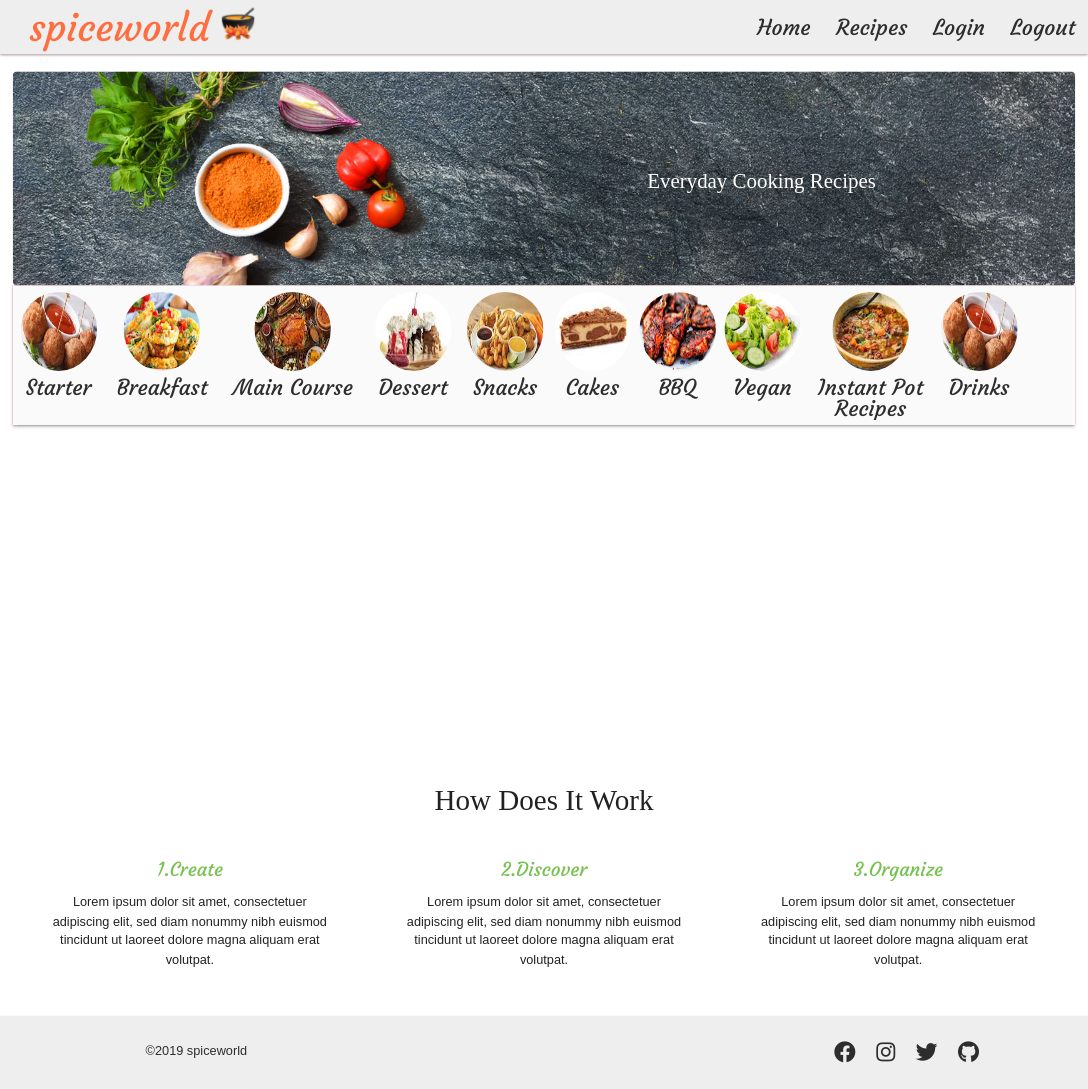
Repository: stephyraju/spiceworld
Page: http://localhost/
The author's editor kept a record of every edit. The page is drawn from the files as they stood at one moment, then again after the next edit.
The browser window is 1280 px wide. The pictures show the whole page, at 85% of full size.
Some web libraries are served in a nearby version. The page is served by the project's application, run on Flask 3 (app.py). Queries for data that is not in the repository find no rows.

Above is the page before.
Console error: TypeError: Cannot read properties of undefined (reading 'clientWidth')

### templates/index.html
{% extends 'base.html'%} {% block content %}
<!-- Title image -->
<section class="title-container section-container">
 <img src="{{ url_for('static', filename='images/titleimg.jpg') }}" alt="title image">
 <div class="intro-content">
  <h5>Everyday Cooking Recipes</h5>
 </div>
</section>

<!-- Subnav-Category -->
<section class="catergory-container section-container">
<nav>
    <div class="nav-wrapper grey lighten-5 subnav-filters">
      <ul class="menu-list center hide-on-med-and-down">
        <li>
        <img class="subnav-img" src="{{ url_for('static', filename='images/starter.jpeg') }}" alt="Starter">
        <a href="{{ url_for('get_starter') }}">Starter</a>
        </li>
        <li>
        <img class="subnav-img" src="{{ url_for('static', filename='images/bf.jpeg') }}" alt="Breakfast">
        <a href="{{ url_for('get_breakfast') }}">Breakfast</a>
        </li>
        <li>
        <img class="subnav-img" src="{{ url_for('static', filename='images/main.jpeg') }}" alt="Main Course">
        <a href="{{ url_for('get_main') }}">Main Course</a>
        </li>
        <li>
        <img class="subnav-img" src="{{ url_for('static', filename='images/dessert.jpeg') }}" alt="Dessert">
        <a href="{{ url_for('get_dessert') }}">Dessert</a>
        </li>
        <li>
        <img class="subnav-img" src="{{ url_for('static', filename='images/snacks.jpeg') }}" alt="Snacks">
        <a href="{{ url_for('get_snacks') }}">Snacks</a>
        </li>
        <li>
        <img class="subnav-img" src="{{ url_for('static', filename='images/cakes.jpeg') }}" alt="Cakes">
        <a href="{{ url_for('get_cakes') }}">Cakes</a>
        </li>
        <li>
        <img class="subnav-img" src="{{ url_for('static', filename='images/bbq.jpeg') }}" alt="BBQ">
        <a href="{{ url_for('get_bbq') }}">BBQ</a>
        </li>
        <li>
        <img class="subnav-img" src="{{ url_for('static', filename='images/vegan.jpeg') }}" alt="VeganRecipes">
        <a href="{{ url_for('get_vegan') }}">Vegan</a>
        </li>
        <li>
        <img class="subnav-img" src="{{ url_for('static', filename='images/instant.jpeg') }}" alt="Instant Pot Recipes">
        <a href="{{ url_for('get_instant') }}">Instant Pot<br> Recipes</a>
        </li>
        <li>
        <img class="subnav-img" src="{{ url_for('static', filename='images/starter.jpeg') }}" alt="Drinks">
        <a href="{{ url_for('get_drinks') }}">Drinks</a>
        </li>
      </ul>
    </div>
  </nav>



<!--

   <nav>
    <div class="nav-wrapper transparent subnav-filters">
      <ul class="center hide-on-med-and-down">
        <li>
        <img class="subnav-img" src="{{ url_for('static', filename='images/starter.jpeg') }}" alt="Starter">
        <a href="{{ url_for('get_starter') }}">Starter</a>
        </li>
        <li><a href="badges.html">Components</a></li>
        <li><a href="collapsible.html">JavaScript</a></li>
      </ul>
    </div>
  </nav>
  -->
</section>
<!-- Carosal-Display -->
<section  class="carosal-display">
        <div class="col s12">
            <div class="carousel">
                {% for recipe in recipes%}
                <div class="carousel-item">
                    <div class="row">
                        <div class="col s12">
                            <a href="{{url_for('view_recipe', recipe_id=recipe._id)}}">
                                {% if recipe.image_url %}
                                <img class="responsive-img"
                                    src="{{recipe.image_url}}">
                                {% else %}
                                <img class="img-carousel" src="{{url_for('static', filename='img/default.jpg')}}">
                                {% endif %}
                            </a>
                        </div>
                    </div>
                    <div class="row recipe-name">
                        <div class="col s12 center-align">
                            <h5 class="teal-text"> {{recipe.recipe_name}} </h5>
                        </div>
                    </div>

                </div>
                {% endfor %}
            </div>
        </div>

    </section>

<!-- Description -->
<section class="section-container div-description">
 <div class="row cells center">
  <div class="col s12">
   <h4> How Does It Work </h3>
  </div>
  <div class="col s12 m4 content">
   <h5>1.Create</h5>
   <p>Lorem ipsum dolor sit amet, consectetuer adipiscing elit, sed diam nonummy nibh euismod tincidunt ut laoreet dolore magna aliquam erat volutpat. </p>
  </div>
  <div class="col s12 m4 content">
   <h5>2.Discover</h5>
   <p>Lorem ipsum dolor sit amet, consectetuer adipiscing elit, sed diam nonummy nibh euismod tincidunt ut laoreet dolore magna aliquam erat volutpat. </p>
  </div>
  <div class="col s12 m4 content">
   <h5>3.Organize</h5>
   <p>Lorem ipsum dolor sit amet, consectetuer adipiscing elit, sed diam nonummy nibh euismod tincidunt ut laoreet dolore magna aliquam erat volutpat. </p>
  </div>
 </div>
</section>

{% endblock %}

### templates/base.html
<!DOCTYPE html>
<html lang="en">

<head>
  <meta charset="UTF-8">
  <meta name="viewport" content="width=device-width, initial-scale=1.0">
  <meta http-equiv="X-UA-Compatible" content="ie=edge">
  <title>spiceworld</title>

  <!--Import Google Icon Font-->
  <link href="https://fonts.googleapis.com/icon?family=Material+Icons" rel="stylesheet">
  <!--Font Awesome-->
  <link rel="stylesheet" href="https://use.fontawesome.com/releases/v5.8.2/css/all.css" integrity="sha384-oS3vJWv+0UjzBfQzYUhtDYW+Pj2yciDJxpsK1OYPAYjqT085Qq/1cq5FLXAZQ7Ay" crossorigin="anonymous">
  <!--Materialize CSS-->
  <link rel="stylesheet" href="https://cdnjs.cloudflare.com/ajax/libs/materialize/1.0.0/css/materialize.min.css">
  <!--CSS-->
  <link rel="stylesheet" href="{{ url_for('static', filename='css/style.css')}}" type="text/css" />

</head>

<body>

  <!--Header-->
  <header class="navbar-fixed">
    <nav>
      <div class="nav-wrapper grey lighten-3">
        <a href="#" class="brand-logo">spiceworld <img class="hide-on-med-and-down" src="{{ url_for('static', filename='images/logo.png') }}"></a>
        <a href="#" data-target="mobile-sidenav" class="sidenav-trigger"><i class="fas fa-bars"></i></a>
        <ul id="nav-mobile" class="right hide-on-med-and-down">
          <li><a href="{{ url_for('index') }}">Home</a></li>
          <li><a href="{{ url_for('get_recipes') }}">Recipes</a></li>
          {% if 'username' in session %}
          <li><a href="{{ url_for('add_recipe') }}">Add Recipes</a></li>
          {% endif %}
          <li><a href="{{url_for('login')}}">Login</a></li>
          <li><a href="{{url_for('logout')}}">Logout</a></li>
        </ul>
      </div>
    </nav>
  </header>
  <!--Sidenav-->
  <ul class="sidenav" id="mobile-sidenav">
    <img class="responsive-img" src="{{ url_for('static', filename='images/sidenav.png') }}" alt="spices-image">

    <li><a class="active" href="{{ url_for('index') }}">Home</a></li>
    <li><a href="{{ url_for('get_recipes') }}">Recipes</a></li>
          <li><a href="{{ url_for('add_recipe') }}">Add Recipes</a></li>
          <li><a href="{{url_for('login')}}">Login</a></li>
    <li><a class="waves-effect" href="#!">Third Link With Waves</a></li>
  </ul>

  <main>
    {% block content %}
    {% endblock %}
  </main>

  <footer class="page-footer grey lighten-3">

     <div class="row footer-content">
        <div class="col s5 m6">
          <div class="copyright">&copy;2019 spiceworld</div>
        </div>
        <div class="col s7 m3">
                    <a href="https://www.facebook.com/" target="_blank"><i class="fab fa-facebook social-icon"></i></a>
                    <a href="https://www.instagram.com/" target="_blank"><i class="fab fa-instagram social-icon"></i></a>
                    <a href="https://www.twitter.com/" target="_blank"><i class="fab fa-twitter social-icon"></i></a>
                    <a href="https://github.com/stephyraju" target="_blank"><i class="fab fa-github social-icon"></i></a>
        </div>

      </div>

  </footer>

  <script src="https://code.jquery.com/jquery-3.4.0.slim.js" integrity="sha256-milezx5lakrZu0OP9b2QWFy1ft/UEUK6NH1Jqz8hUhQ=" crossorigin="anonymous"></script>
  <script src="https://cdnjs.cloudflare.com/ajax/libs/materialize/1.0.0/js/materialize.min.js"></script>
  <script src="{{ url_for('static', filename='js/main.js') }}"></script>
</body>

</html>

### app.py
import os
from flask import Flask, render_template, redirect, request, url_for, session, flash
from flask_pymongo import PyMongo
from bson.objectid import ObjectId
import bcrypt
import logging


# declaring app name
app = Flask(__name__)

app.config['SECRET_KEY'] = os.getenv('SECRET')
app.config["MONGO_DBNAME"] = 'cook_book'
app.config["MONGO_URI"] = os.getenv('MONGO_URI', 'mongodb://localhost')

# Logging Config
logging.basicConfig(level=logging.INFO)


mongo = PyMongo(app)

@app.route('/')
@app.route('/index')
def index():

    return render_template("index.html", recipes=mongo.db.recipes.find())

#@app.route('/get_recipes',methods=['POST','GET'])
#def get_recipes():
 #   return render_template("recipes.html", recipes=mongo.db.recipes.find())


# -------CREATE---------#

@app.route('/add_recipe')
def add_recipe():
     return render_template("addrecipe.html",
               recipes=mongo.db.recipes.find(),
               categories = mongo.db.categories.find(),
               cuisines=mongo.db.cuisines.find(),
               difficulty=mongo.db.difficulty.find(),
               allergens=mongo.db.allergens.find())


@app.route('/insert_recipe', methods=['POST'])
def insert_recipe():
    print(request.form)
    print(request.form.getlist('ingredients[]'))
    print(request.form.getlist('preparation[]'))
    print(request.form.to_dict())
    recipes = mongo.db.recipes
    data = request.form.to_dict()
    data.update({'ingredients':request.form.getlist('ingredients[]')})
    data.update({'preparation':request.form.getlist('preparation[]')})
    del data['ingredients[]']
    del data['preparation[]']
    recipes.insert_one(data)
    return redirect(url_for('get_recipes'))

#-------READ--------#

@app.route("/get_recipes", methods=['GET'])
def get_recipes():
    return render_template('recipes.html',
                         recipes=mongo.db.recipes.find(),
                         categories = mongo.db.categories.find())

@app.route('/view_recipe/recipe_id?=<recipe_id>')
def view_recipe(recipe_id):
    recipe = mongo.db.recipes.find_one({"_id": ObjectId(recipe_id)})
    return render_template('view.html',
                        title='View Recipe',
                        recipe=recipe,
                        username=session['username'])
#-----------Search-----------#
@app.route('/search', methods=['POST'])
def search():
    print(request.form)
    print(request.form.to_dict())
    word_find = request.form["word_find"]
    mongo.db.recipes.create_index([("$**", 'text')])
    recipes = mongo.db.recipes.find({"$text":{"$search": word_find}})
    return render_template('recipes.html',
                            title="View recipes",
                            recipes=recipes,
                            username=session['username'],
                            categories = mongo.db.categories.find(),
                            cuisines=mongo.db.cuisines.find(),
                            difficulty=mongo.db.difficulty.find(),
                            allergens=mongo.db.allergens.find())


@app.route('/get_starter', methods=['GET'])
def get_starter():
    return render_template('recipes.html', title='Starters', recipes=mongo.db.recipes.find({'category_name': 'Starter'}))

@app.route('/get_breakfast', methods=['GET'])
def get_breakfast():
    return render_template('recipes.html', title='Desserts', recipes=mongo.db.recipes.find({'category_name': 'Breakfast'}))

@app.route('/get_main', methods=['GET'])
def get_main():
    return render_template('recipes.html', title='Main course', recipes=mongo.db.recipes.find({'category_name': 'Main Course'}))

@app.route('/get_dessert', methods=['GET'])
def get_dessert():
    return render_template('recipes.html', title='Desserts', recipes=mongo.db.recipes.find({'category_name': 'Dessert'}))

@app.route('/get_snacks', methods=['GET'])
def get_snacks():
    return render_template('recipes.html', title='Snacks', recipes=mongo.db.recipes.find({'category_name': 'Snacks'}))

@app.route('/get_cakes', methods=['GET'])
def get_cakes():
    return render_template('recipes.html', title='Cakes', recipes=mongo.db.recipes.find({'category_name': 'Cakes'}))

@app.route('/get_bbq', methods=['GET'])
def get_bbq():
    return render_template('recipes.html', title='BBQ', recipes=mongo.db.recipes.find({'category_name': 'BBQ'}))

@app.route('/get_vegan', methods=['GET'])
def get_vegan():
    return render_template('recipes.html', title='Vegan', recipes=mongo.db.recipes.find({'category_name': 'Vegan'}))

@app.route('/get_instant', methods=['GET'])
def get_instant():
    return render_template('recipes.html', title='Instant Pot', recipes=mongo.db.recipes.find({'category_name': 'Instant Pot'}))

@app.route('/get_drinks', methods=['GET'])
def get_drinks():
    return render_template('recipes.html', title='Drinks', recipes=mongo.db.recipes.find({'category_name': 'Drinks'}))

#-----------UPDATE-----------#

@app.route('/edit_recipe/<recipe_id>',methods=['GET'])
def edit_recipe(recipe_id):
    recipe = mongo.db.recipes.find_one({"_id":ObjectId(recipe_id)})
    return render_template('editrecipe.html',
                            recipe=recipe,
                            categories=mongo.db.categories.find(),
                            cuisine=mongo.db.cuisine.find(),
                            difficulty=mongo.db.difficulty.find(),
                            allergens=mongo.db.allergens.find())

@app.route('/update_recipe/<recipe_id>', methods=["POST"])
def update_recipe(recipe_id):
    print(mongo.db.recipes.find_one({"_id": ObjectId(recipe_id)}))
    print(request.form)
    print(request.form.to_dict())
    recipes = mongo.db.recipes
    recipes.update({"_id":ObjectId(recipe_id)},
        {
        'recipe_name':request.form.get('recipe_name'),
        'author':request.form.get('author'),
        'category_name':request.form.get('category_name'),
        'description': request.form.get('description'),
        'serves':request.form.get('serves'),
        'cooking_time':request.form.get('cooking_time'),
        'cuisine':request.form.get('cuisine'),
        'difficulty':request.form.get('difficulty'),
        'allergens':request.form.get('allergens'),
        'image_url' :request.form.get('image_url'),
        'ingredients':request.form.getlist('ingredients[]'),
        'preparation':request.form.getlist('preparation[]')
        })
    return redirect(url_for('view_recipe',recipe_id=recipe_id))

#-----------DELETE-----------#
@app.route('/delete_recipe/<recipe_id>')
def delete_recipe(recipe_id):
    mongo.db.recipes.remove({"_id":ObjectId(recipe_id)})
    return redirect(url_for('get_recipes'))

#-----------Register-----------#
#https://www.youtube.com/watch?v=vVx1737auSE

@app.route('/register', methods=['GET','POST'])
def register():
    logging.info('Inside Registering.....')
    if request.method == 'POST':
        logging.info('User name: ' + str(request.form['username'].lower()))
        session['username'] = request.form['username'].lower()
        logging.info('Mongo User: ' + str(mongo.db.users))
        users = mongo.db.users
        user_exists = users.find_one({'author':request.form['username'].lower()})
        logging.info('User exists: ' + str(user_exists))

        if user_exists is None:
            logging.info('User Does not exist. Creating new user')
            hashpass = bcrypt.hashpw(request.form['password'].encode('utf-8'), bcrypt.gensalt())
            users.insert({'author':request.form['username'].lower(), 'password':hashpass})
            session['username'] = request.form['username'].lower()
            return redirect(url_for('get_recipes'))

        flash('Username already exists, please choose a different one.')
        logging.info('User already exist. Skipping new user')
        session.pop('username', None)
        return render_template('register.html', title="Register")

    return render_template('register.html', title="Register")

#-----------Login-----------#

@app.route('/login',methods=['GET','POST'])
def login():
    if request.method == 'POST':
        session["username"] = request.form["username"].lower()
        users = mongo.db.users
        user_login = users.find_one({'author':request.form['username'].lower()})

        if user_login:
            if bcrypt.hashpw(request.form['password'].encode('utf-8'), user_login['password']) == user_login['password']:
                # session["username"] = request.form["username"].lower()
                return redirect(url_for('get_recipes'))

        flash('The login details are not correct')
        session.pop('username', None)
        return render_template('login.html',  title="Login")

    return render_template('login.html',  title="Login")

#-----------Logout-----------#
@app.route('/logout')
def logout():
   # remove the username from the session if it is there
   session.pop('username', None)
   return redirect(url_for('index'))

if __name__ == '__main__':
    app.run(host=os.environ.get('IP'),
            port=int(os.environ.get('PORT')),
            debug=True)

### static/css/style.css
@import url('https://fonts.googleapis.com/css?family=Courgette&display=swap');

body {
  font-family: 'ProximaNova Regular', sans-serif;
  display: flex;
  flex-direction: column;
  min-height: 100vh;
  overflow-x: hidden;
}
.section-container {
  max-width: 100%;
  margin-left: auto;
  margin-right: auto;
  padding-left: 15px;
  padding-right: 15px;
  border-radius: 5px;
}

/* -------- Nav Bar ----------*/

nav {
     font-family: 'Courgette','sans-serif';
}

nav .brand-logo {
    color: #ff6e40;
    font-size: 3rem;
    font-family: 'Courgette', 'cursive','sans-serif';
    -webkit-transition: 0.2s;
    -o-transition: 0.2s;
    transition: 0.2s;
}

@media screen and (min-width: 993px){
nav .brand-logo {
    margin-left: 2.3rem;
}
}
nav ul a {
  color:#2d2d2d;
  font-size: 1.7rem;
  font-family: 'Courgette','sans-serif';
}
nav ul a:hover,
nav ul .active {
  color:#76c14f;
}
.fa-bars{
  color: #ff6e40;
}
h4,h5{
  font-family: 'Muli','sans-serif';
}
/*--------Title----------*/

.title-container{
  position: relative;
  text-align: center;
  color: white;
  width:100%;
  margin-top: 20px;
}
.title-container img{
    display: block;
    width: 100%;
    height: 35vh;
    object-fit: cover;
    border-radius: 5px;
}

.intro-content{
  position: absolute;
  top: 50%;
  left: 70%;
  transform: translate(-50%, -50%);
}
/*--------Subnav-Category---------*/

.category-container{
  font-size: 1.2rem;
  margin-top: 20px;
  height:150px;
}
.subnav-img {
  border-radius: 50%;
  width:100px;
  height:100px;
  padding-top: 7px;
  padding-left: 5px;
  padding-right: 5px;
}
.category-container .menu-list {
  display: flex;
  justify-content: space-between;
}
.category-container nav ul a {
  color:#2d2d2d;
  font-size: 1.1rem;
  font-family: 'Muli','sans-serif';
}
.menu-list{
  overflow-y:scroll;
}
@media only screen and (min-width: 601px){
.catergory-container  nav, nav .nav-wrapper i, nav a.sidenav-trigger, nav a.sidenav-trigger i {
    height: 164px;
    line-height: 25px;
}
}
@media only screen and (min-width:320px){
.category-container  nav, nav .nav-wrapper i, nav a.sidenav-trigger, nav a.sidenav-trigger i {
    height: 175px;
    line-height: 25px;
}
}
/*--------Description---------*/
.cells h4 {
  font-family: 'Muli','sans-serif';
}
.cells h5{
  color: #76c14f;
  font-size: 1.5rem;
  font-family: 'Courgette',sans-serif;
}
 p {
  padding-left: 30px;
  padding-right: 30px;
}
.content{
  margin-top: 20px;
  margin-bottom: 20px;
}
/*-----carousel slider----- */
.carousel-display h4 {
  padding-top: 20px;
}
.carousel .carousel-item {
  width: 300px;
  height: 300px;
}

.img-carousel {
  width: 200px;
  box-shadow: 2px 2px 12px #3f1e09;
}

.carousel .recipe-name {
  visibility: hidden;
}
.carousel .active .recipe-name {
  visibility: visible;
}

/*--------Recipes---------*/

.recipe-card .card .card-image img {
  display: block;
  position: relative;
  width: 100%;
  height: 200px;
  }
.recipe-card .card-content {
  height: 140px;
  }

/*--------View Recipe---------*/
.icon-color{
  color:rgb(109, 174, 177);
}
 .recipe-view .card {
   background-color: #fcf4ec;
 }
 .preparation ol li {
   padding: 0px 15px 15px 15px;
 }
 .ingredients ul li {
    padding: 0px 15px 15px 15px;
    list-style-type: square;
 }


/*--------Footer---------*/

.page-footer i{
  color:#2d2d2d;
}
.page-footer i:hover{
   color:#ff6e40;
}
.page-footer {
    min-height: 45px;
}
.footer-content{
  display:flex;
  color:#2d2d2d;
}
.copyright{
  padding-top: 10px;
}
.social-icon {
  margin: 10px;
  color: white;
  font-size: 1.7rem;
}

### static/js/main.js
$(document).ready(function(){
    $('.sidenav').sidenav();
    $('select').formSelect();
    $('.carousel').carousel();
    $('.modal').modal();

  });

 var ingredientField = $(".ingredient").length;
    $("#add_ingredient").on("click", function () {
        $("select").formSelect("destroy");
        $(".new-ingredient:first").clone().insertBefore("#add_ingredient").find("input[type='text'], select, textarea").val("");
        $("select").formSelect();
        ingredientField += 1;
    });

    $("#remove_ingredient").on("click", function () {
        if (ingredientField > 1) {
            /* only remove the :last item */
            $(this).siblings(".new-ingredient:last").remove();
            /* ensure original ingredient line never gets deleted */
            ingredientField-= 1;
        }
    });


var preparationField = $(".preparation").length;
    /* add new cloned item */
    $("#add_step").on("click", function () {
        $(".new-step:first").clone().insertBefore("#add_step").find("input[type='text'], select, textarea").val("");
        /* increase counter so original direction is never removed */
       preparationField += 1;
    });
    /* delete last cloned item */
    $("#remove_step").on("click", function () {
        if ( preparationField > 1) {
            /* only remove the :last item */
            $(this).siblings(".new-step:last").remove();
            /* ensure original direction line never gets deleted */
            preparationField-= 1;
        }
    });

After the next edit:
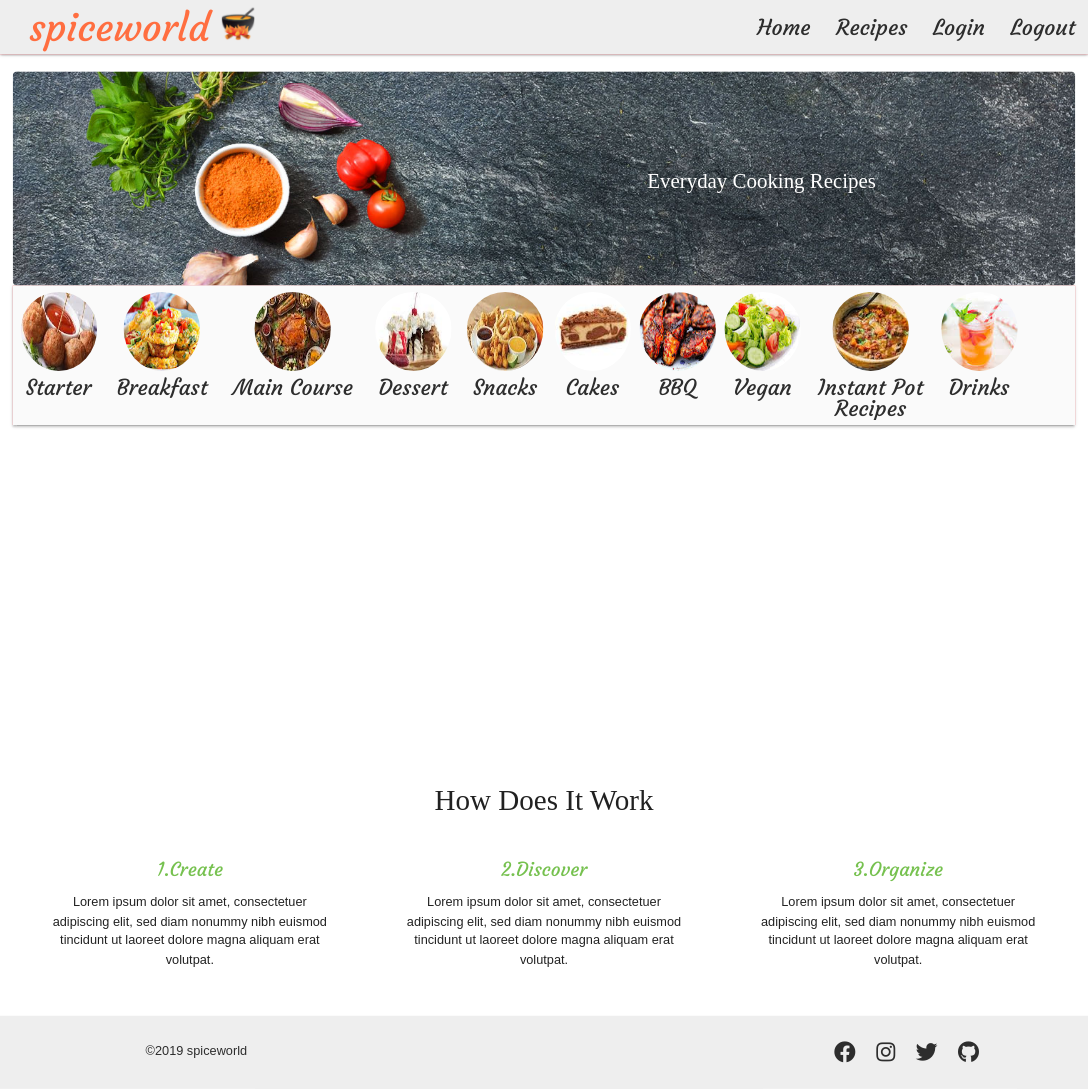
The edit:
--- a/templates/index.html
+++ b/templates/index.html
@@ -49,7 +49,7 @@
         <a href="{{ url_for('get_instant') }}">Instant Pot<br> Recipes</a>
         </li>
         <li>
-        <img class="subnav-img" src="{{ url_for('static', filename='images/starter.jpeg') }}" alt="Drinks">
+        <img class="subnav-img" src="{{ url_for('static', filename='images/drinks.jpeg') }}" alt="Drinks">
         <a href="{{ url_for('get_drinks') }}">Drinks</a>
         </li>
       </ul>
